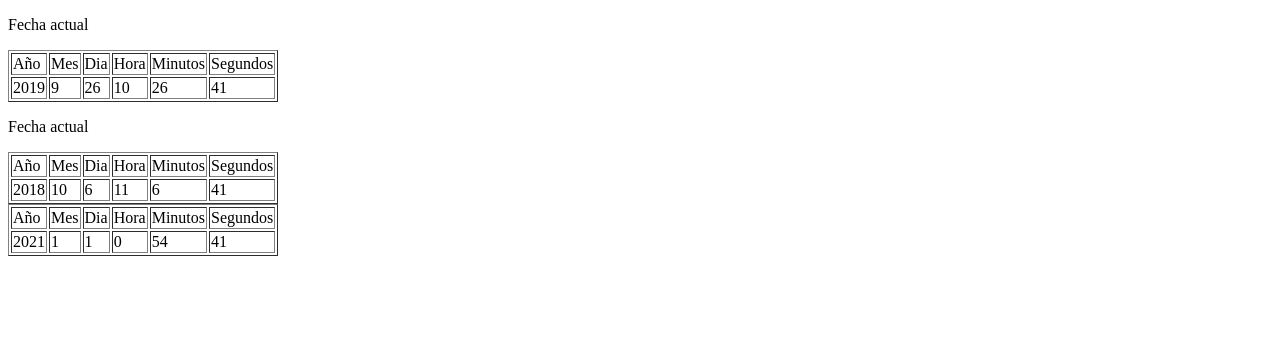
Repository: weertop/2DAW
Page: http://localhost/fechas/calendario.jsp
The author's editor kept a copy of each file at every save. The page is drawn from the files as they stood at one save, then again after a run of saves.
The browser window is 1280 px wide. The pictures show the whole page.
The page is served by Tomcat 9.

Above is the page before, as saved 2019-10-16 08:28:06.

After the next 2 saves:
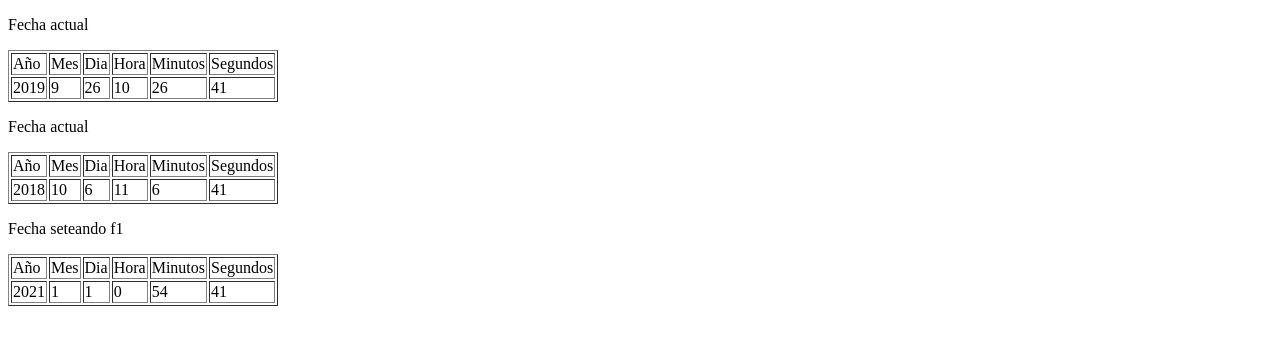
The 2 saves are shown as one change because they came seconds apart.
The last was saved 34 s later.
--- a/DWServidor/eclipse-workspace-photom/fechas/WebContent/calendario.jsp
+++ b/DWServidor/eclipse-workspace-photom/fechas/WebContent/calendario.jsp
@@ -84,6 +84,7 @@ public static int[] sacaCalendar(Calendar f){
 	</tr>
 </table>
 
+<p>Fecha seteando f1</p>
 <table border="1">
 	<tr>
 		<td>Año</td>
